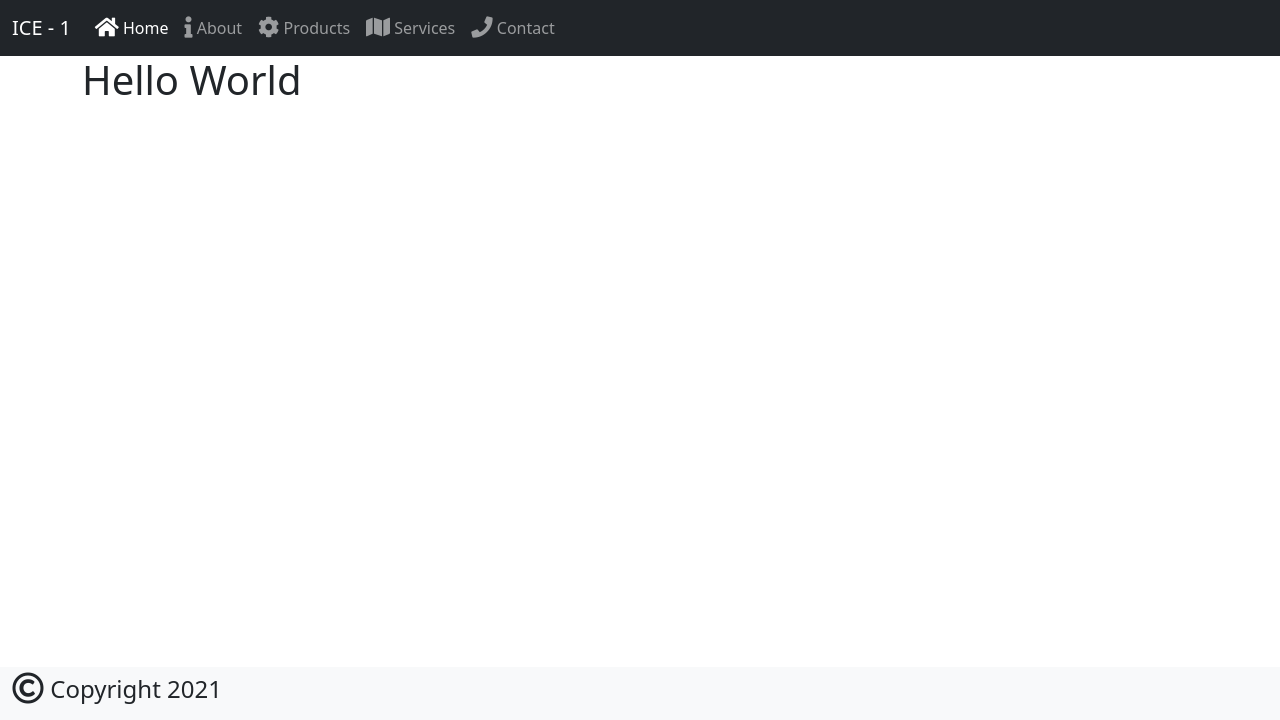
Repository: Sub4Sub/Ice-1
Page: index.html
An editor plug-in stored every save of this project. The page is shown before and after the next save, followed by the edit.
The browser window is 1280 px wide. The pictures show the whole page.

Above is the page before, as saved 2021-01-20 18:37:44.

After the next save:
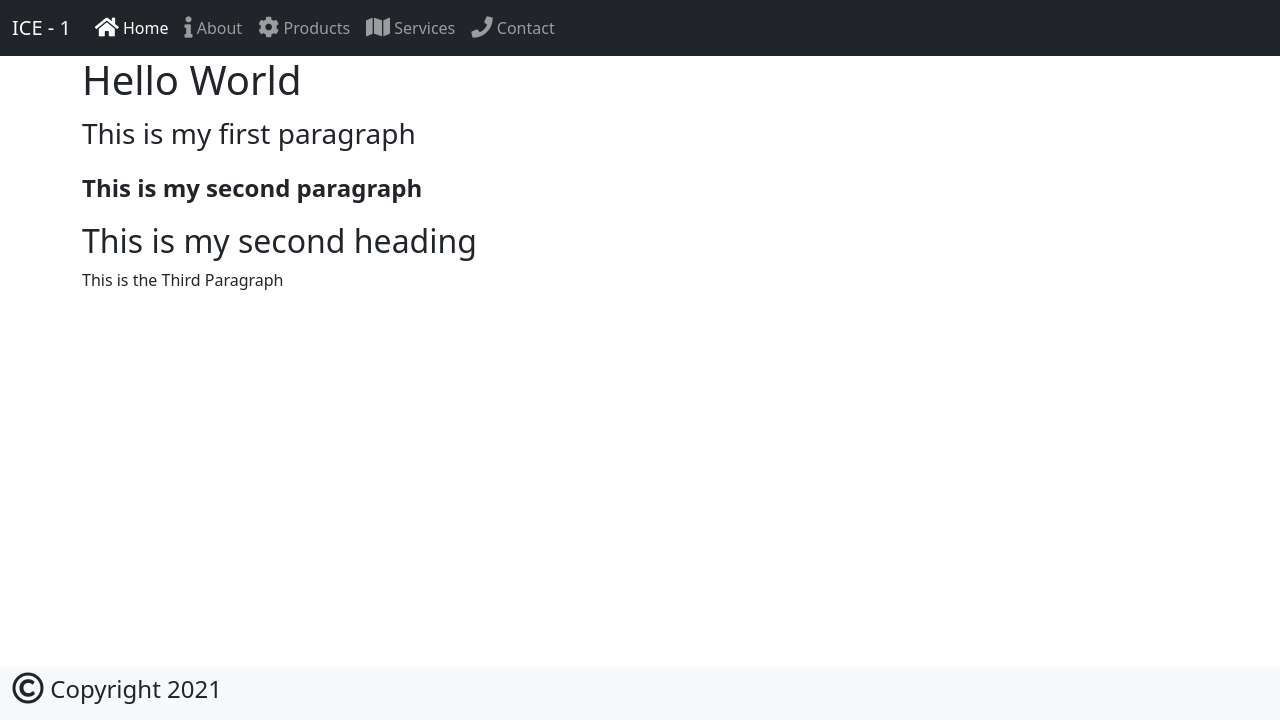
Saved 23 h 12 min later.
--- a/index.html
+++ b/index.html
@@ -3,7 +3,7 @@
 <head>
   <meta charset="UTF-8">
   <meta name="viewport" content="width=device-width, initial-scale=1.0">
-  <title>Webd6201-06 - Ice 1</title>
+  <title>Home</title>
   <!-- CSS portion -->
   <link rel="stylesheet" href="./node_modules/bootstrap/dist/css/bootstrap.min.css">
   <link rel="stylesheet" href="./node_modules/@fortawesome//fontawesome-free/css/all.min.css">
